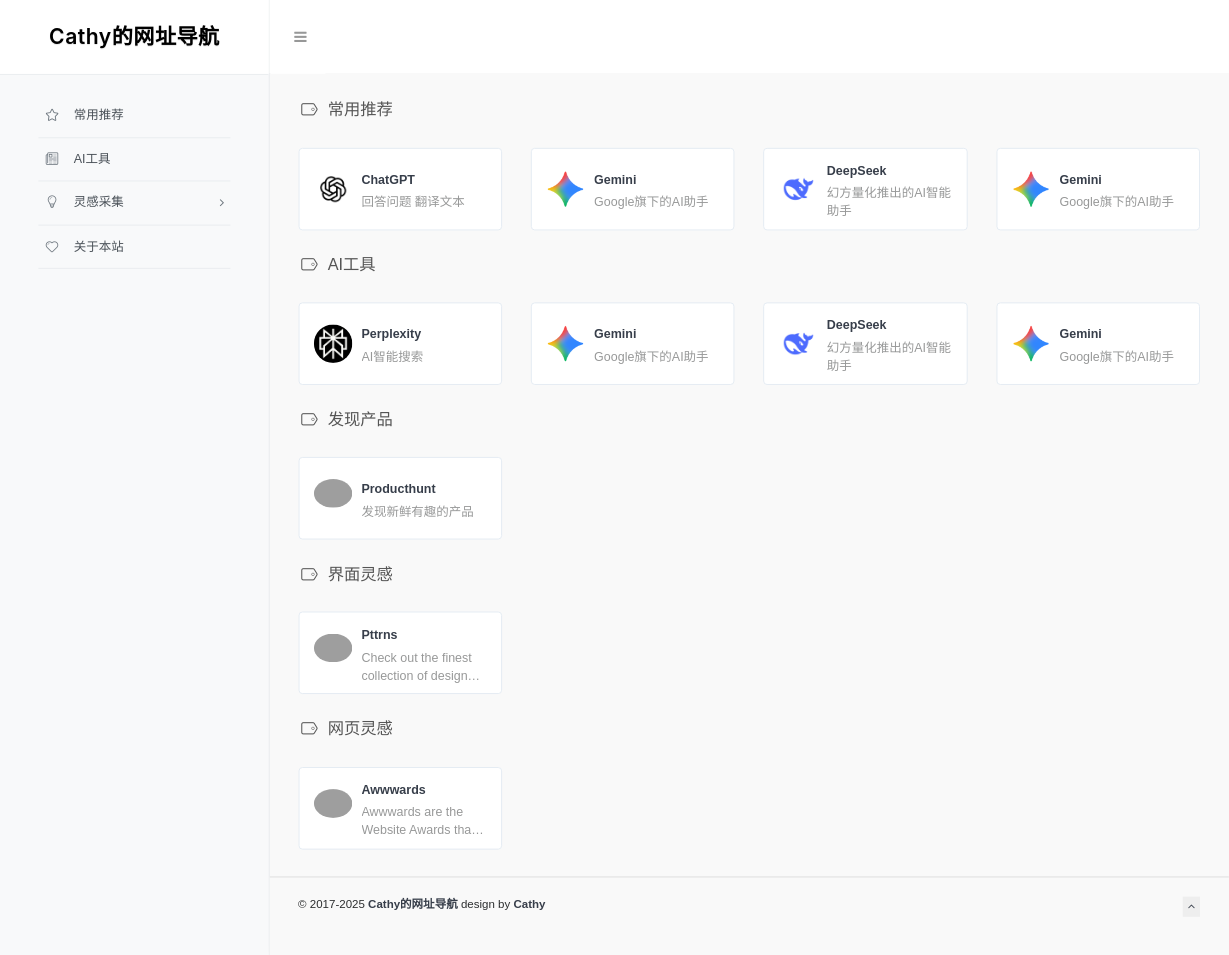
Repository: SweetPomelo0/AINav
Page: cn/index.html
An editor plug-in stored every save of this project. The page is shown before and after the next save, followed by the edit.
The browser window is 1280 px wide. The pictures show the whole page, at 96% of full size.
Pictures or frames that could not be fetched are drawn as grey boxes.

Above is the page before, as saved 2025-07-24 23:18:09.

After the next save:
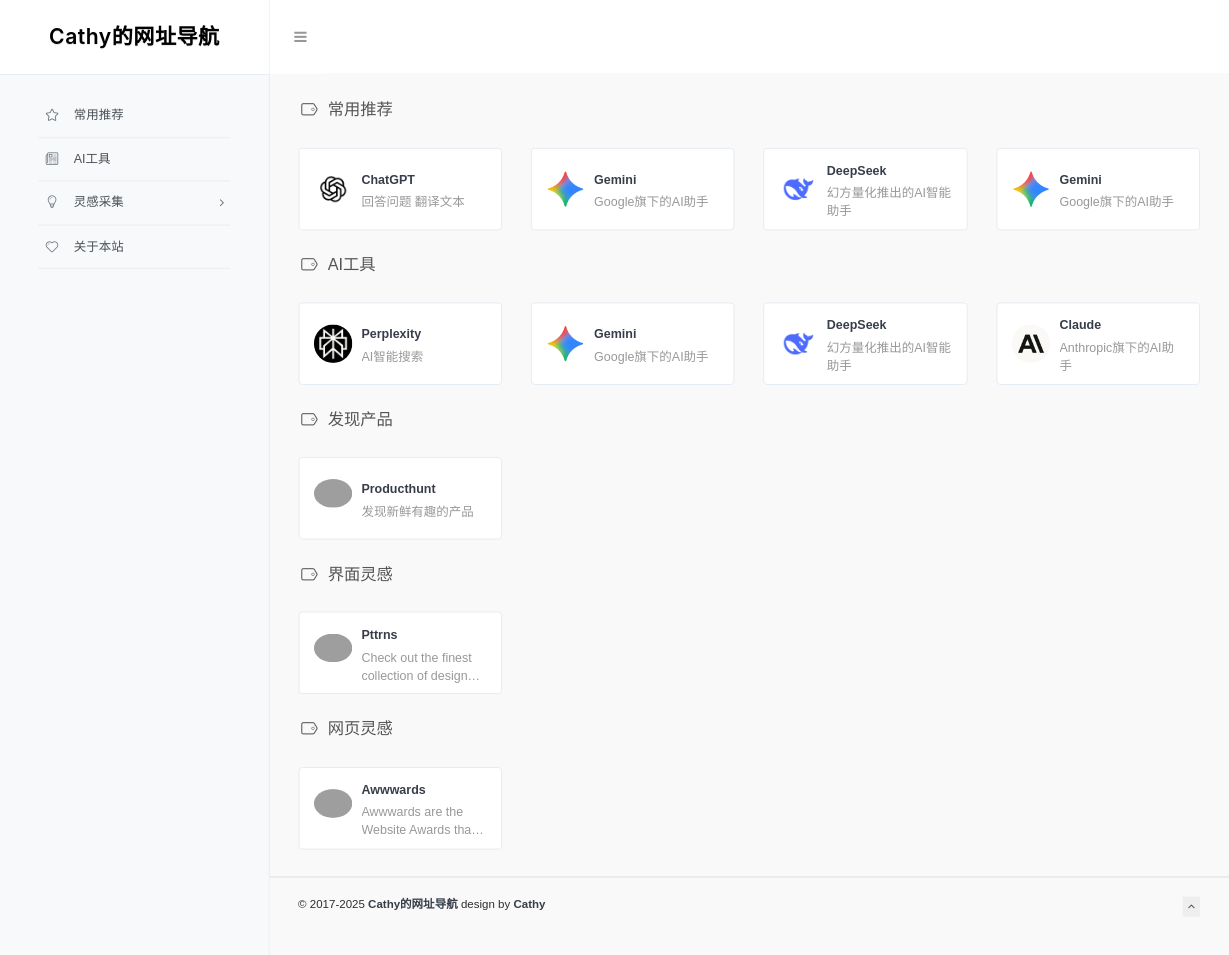
Saved 2 min 2 s later.
--- a/cn/index.html
+++ b/cn/index.html
@@ -413,18 +413,18 @@
                     </div>
                 </div>
 
-          <!-- Gemini2 -->
-          <div class="col-sm-3">
-                    <div class="xe-widget xe-conversations box2 label-info" onclick="window.open('https://gemini.google.com/app', '_blank')" data-toggle="tooltip" data-placement="bottom" title="" data-original-title="https://gemini.google.com/app">
-                        <div class="xe-comment-entry">
-                            <a class="xe-user-img">
-                                <img data-src="../assets/images/logos/gemini.png" class="lozad img-circle" width="40">
-                            </a>
-                            <div class="xe-comment">
-                                <a href="#" class="xe-user-name overflowClip_1">
-                                    <strong> Gemini</strong>
-                                </a>
-                                <p class="overflowClip_2">Google旗下的AI助手</p>
+          <!-- Claude -->
+          <div class="col-sm-3">
+                    <div class="xe-widget xe-conversations box2 label-info" onclick="window.open('https://claude.ai/', '_blank')" data-toggle="tooltip" data-placement="bottom" title="" data-original-title="https://claude.ai/">
+                        <div class="xe-comment-entry">
+                            <a class="xe-user-img">
+                                <img data-src="../assets/images/logos/claude.png" class="lozad img-circle" width="40">
+                            </a>
+                            <div class="xe-comment">
+                                <a href="#" class="xe-user-name overflowClip_1">
+                                    <strong> Claude</strong>
+                                </a>
+                                <p class="overflowClip_2">Anthropic旗下的AI助手</p>
                             </div>
                         </div>
                     </div>
@@ -434,7 +434,7 @@
 
         </div>
         <br />
-        <!-- END 常用推荐 -->
+        <!-- END AI工具 -->
 
         <!-- 发现产品 -->
         <h4 class="text-gray">
